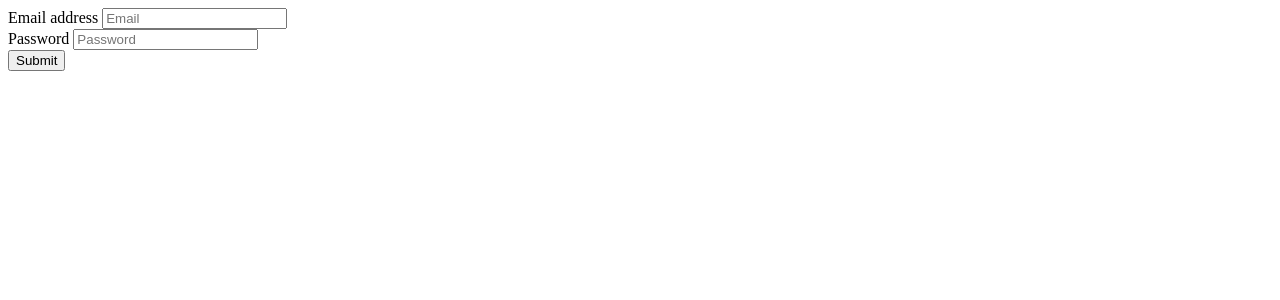
Repository: felipedischer/valemobi
Page: http://localhost/Valemobi/
An editor plug-in stored every save of this project. The page is shown before and after the next save, followed by the edit.
The browser window is 1280 px wide. The pictures show the whole page.
The page is served by Tomcat 9.

Above is the page before, as saved 2016-09-28 03:00:45.

After the next save:
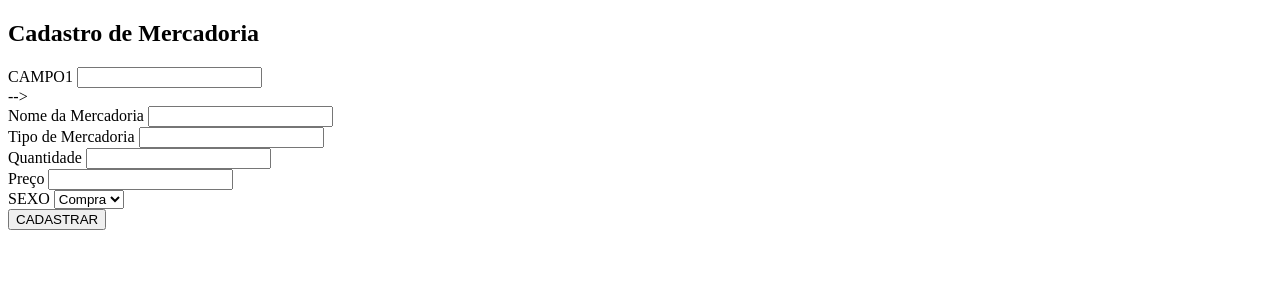
Saved 8 min 8 s later.
--- a/Valemobi/WebContent/index.jsp
+++ b/Valemobi/WebContent/index.jsp
@@ -8,22 +8,50 @@
 </head>
 <body>
 
+<main id="conteudo">
+		<div class="container">
+			<form action="contatoservlet" method="post">
+				<h2>Cadastro de Mercadoria</h2>
 
-<form>
-  <div class="form-group">
-    <label for="exampleInputEmail1">Email address</label>
-    <input type="email" class="form-control" id="exampleInputEmail1" placeholder="Email">
-  </div>
-  <div class="form-group">
-    <label for="exampleInputPassword1">Password</label>
-    <input type="password" class="form-control" id="exampleInputPassword1" placeholder="Password">
-  </div>
+					<div class="grupo">
+						<label for="campo1">CAMPO1</label>
+						<input type="text" id="campo1" name="campo1">
+					</div>
+				-->
+				<div class="grupo">
+					<label for="campo1">Nome da Mercadoria</label>
+					<input type="text" id="campo1" name="nome">
+				</div>
 
-  <div class="checkbox">
+				<div class="grupo">
+					<label for="campo2">Tipo de Mercadoria</label>
+					<input type="text" id="campo2" name="email">
+				</div>
 
-  </div>
-  <button type="submit" class="btn btn-default">Submit</button>
-</form>
+				<div class="grupo">
+					<label for="campo3">Quantidade</label>
+					<input type="text" id="campo3" name="telefone">
+				</div>
+
+				<div class="grupo">
+					<label for="campo4">Preço</label>
+					<input class="datepicker" type="text" id="campo4" name="nascimento">
+				</div>
+
+				<div class="grupo">
+					<label for="campo5">SEXO</label>
+					<select id="campo5" name="sexo">
+						<option value="MASCULINO">Compra</option>
+						<option value="FEMININO">Venda</option>
+					</select>
+				</div>
+				<button class="btn btn-cadastrar" type="submit">CADASTRAR</button>
+			</form>
+		</div>
+	</main>
+
+
+
 
 
 
